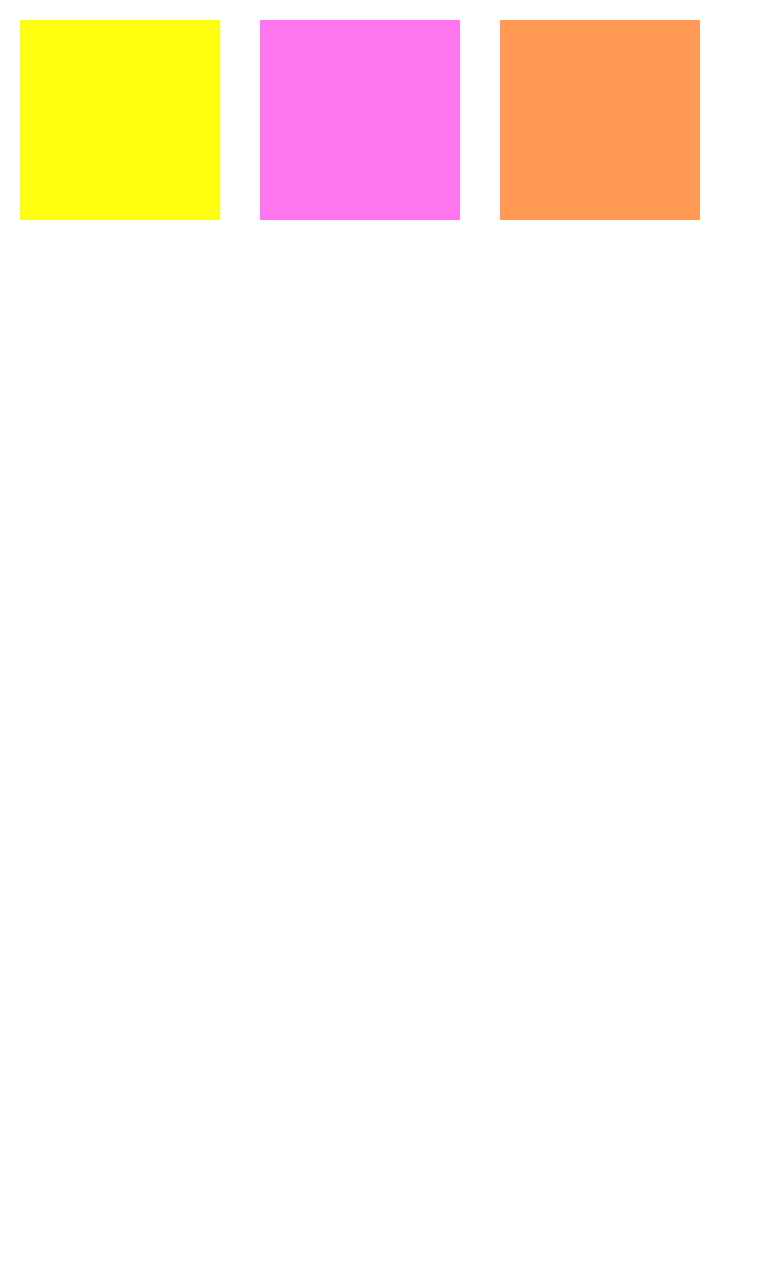
Repository: ling-cen/demo
Layout: Layout_1/res/layout/liner_layout_1.xml
An editor plug-in stored every save of this project. The layout is shown before and after the next save, followed by the edit.
It is drawn on a 768 x 1280 px phone screen (xhdpi) without system bars, with theme AppTheme; the app's code is not run.

Above is the layout before, as saved 2018-12-12 05:32:41.

### Layout_1/res/layout/liner_layout_1.xml
<?xml version="1.0" encoding="utf-8"?>
<LinearLayout xmlns:android="http://schemas.android.com/apk/res/android"
    android:layout_width="match_parent"
    android:layout_height="match_parent"
    android:orientation="horizontal" >
    <TextView
        android:layout_width="100dp"
        android:layout_height="100dp"
        android:background="#FFFF0D"
        android:layout_margin="10dp"


        />
   <TextView
       android:layout_width="100dp"
       android:layout_height="100dp"
       android:layout_margin="10dp"
       android:background="#FF77F0"


       />

   <TextView
       android:layout_width="100dp"
       android:layout_height="100dp"
       android:background="#FF9954"
       android:layout_margin="10dp"
       />

</LinearLayout>

Loaded but not shown: Layout_1/res/values/styles.xml (common file); Layout_1/res/values-v11/styles.xml (common file); Layout_1/res/values-v14/styles.xml (common file)

After the next save:
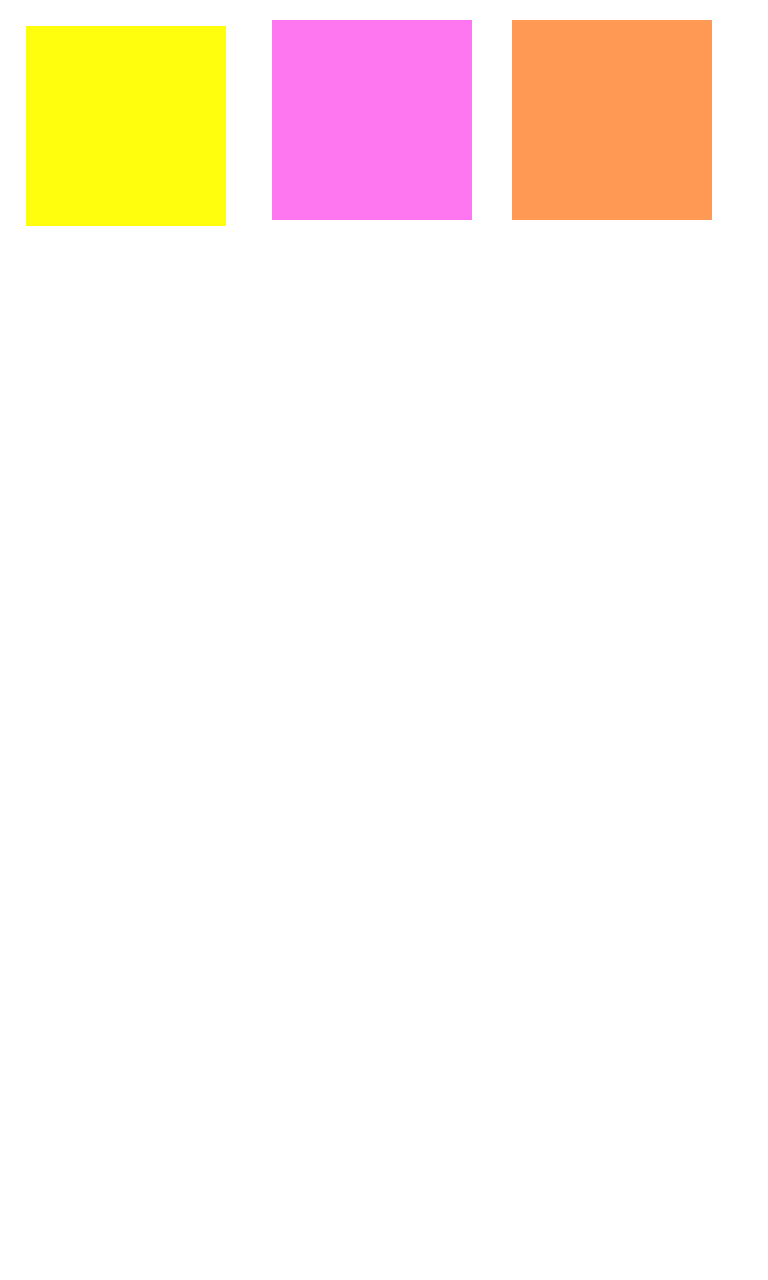
Saved 16 s later.
--- a/Layout_1/res/layout/liner_layout_1.xml
+++ b/Layout_1/res/layout/liner_layout_1.xml
@@ -7,7 +7,7 @@
         android:layout_width="100dp"
         android:layout_height="100dp"
         android:background="#FFFF0D"
-        android:layout_margin="10dp"
+        android:layout_margin="13dp"
 
 
         />
